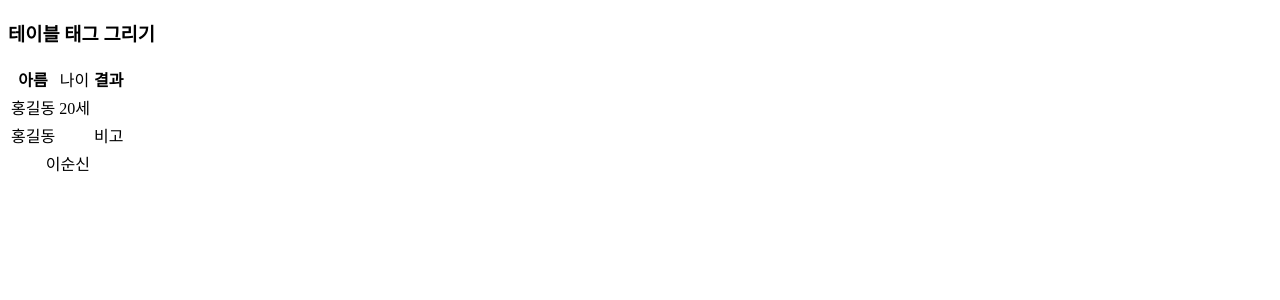
Repository: YeonHaw/jsp
Page: JSPBasic/src/main/webapp/HTML/Index03.html
The author's editor kept a copy of each file at every save. The page is drawn from the files as they stood at one save, then again after the next save.
The browser window is 1280 px wide. The pictures show the whole page.

Above is the page before, as saved 2023-12-27 05:40:26.

After the next save:
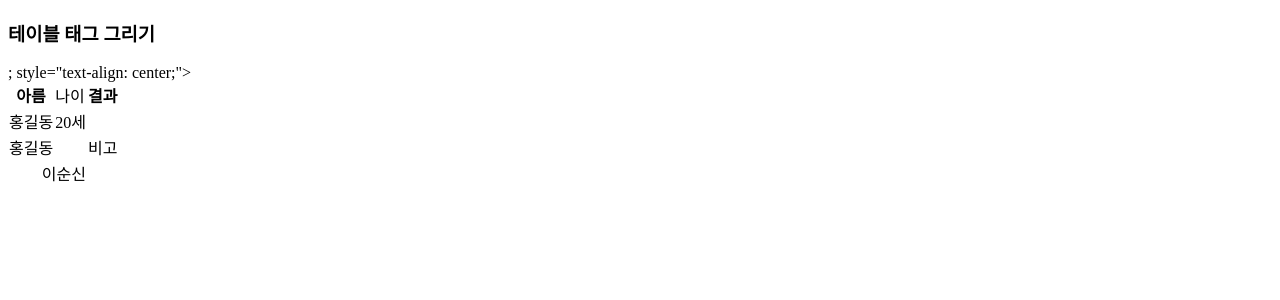
Saved 114 s later.
--- a/JSPBasic/src/main/webapp/HTML/Index03.html
+++ b/JSPBasic/src/main/webapp/HTML/Index03.html
@@ -8,7 +8,7 @@
 
 	<h3>테이블 태그 그리기</h3>
 
-	<table border-collapse: collapse; style="text-align: center;">
+	<table style="border-collapse: collapse;">; style="text-align: center;">
 		<tr>
 			<th>아름</th>
 			<td>나이</td>
